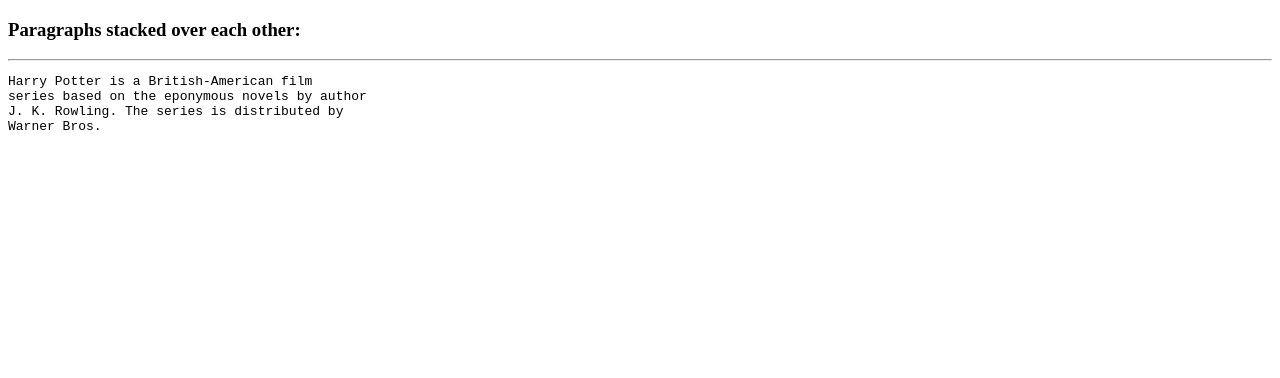
Repository: KrishnaSandeep79/WPS-Assignment
Page: WPS/WebContent/para.html
The author's editor kept a copy of each file at every save. The page is drawn from the files as they stood at one save, then again after the next save.
The browser window is 1280 px wide. The pictures show the whole page.

Above is the page before, as saved 2019-08-24 05:34:33.

After the next save:
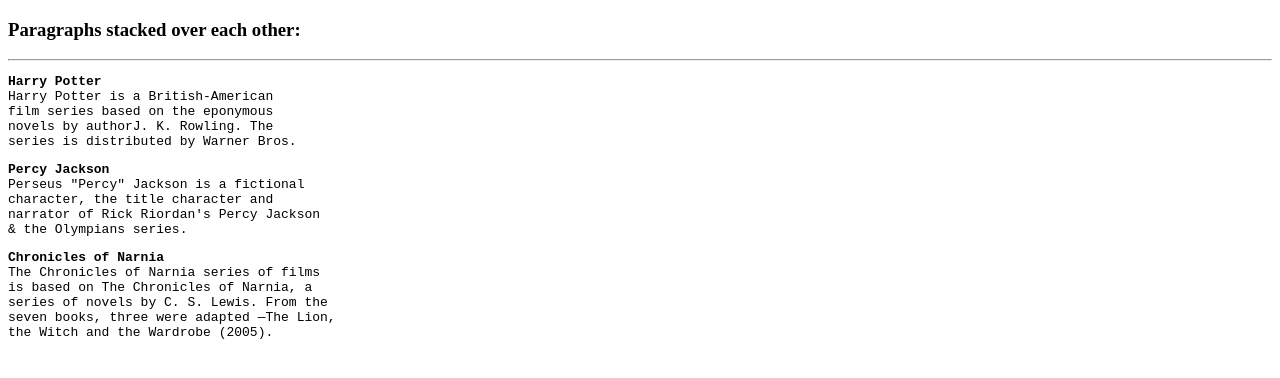
Saved 5 min 37 s later.
--- a/WPS/WebContent/para.html
+++ b/WPS/WebContent/para.html
@@ -8,13 +8,33 @@
 <h3>Paragraphs stacked over each other:</h3>
 <hr>
 <div id="first">
-<pre>Harry Potter is a British-American film
-series based on the eponymous novels by author
-J. K. Rowling. The series is distributed by
-Warner Bros.
-</pre></div>
-<div id="second"><p></p></div>
-<div id="third"><p></p></div>
+<pre>
+<b>Harry Potter</b>
+Harry Potter is a British-American
+film series based on the eponymous
+novels by authorJ. K. Rowling. The
+series is distributed by Warner Bros.
+</pre>
+</div>
+<div id="second">
+<pre>
+<b>Percy Jackson</b>
+Perseus "Percy" Jackson is a fictional
+character, the title character and
+narrator of Rick Riordan's Percy Jackson
+& the Olympians series.
+</pre>
+</div>
+<div id="third">
+<pre>
+<b>Chronicles of Narnia</b>
+The Chronicles of Narnia series of films
+is based on The Chronicles of Narnia, a
+series of novels by C. S. Lewis. From the
+seven books, three were adapted —The Lion,
+the Witch and the Wardrobe (2005).
+</pre>
+</div>
 
 </body>
 </html>
